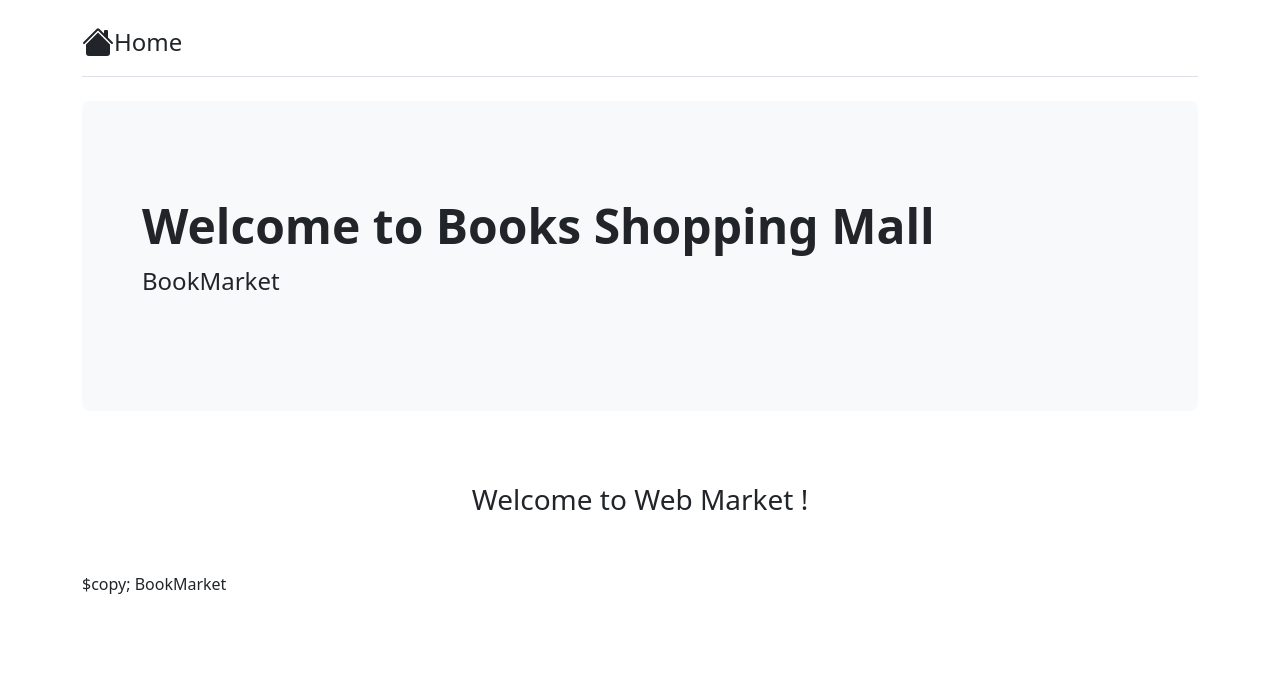
Repository: man332414/myJspStudy
Page: http://localhost/bookmarket/
The author's editor kept a copy of each file at every save. The page is drawn from the files as they stood at one save, then again after the next save.
The browser window is 1280 px wide. The pictures show the whole page.
The page is served by Tomcat 10.

Above is the page before, as saved 2024-10-08 02:39:46.

After the next save:
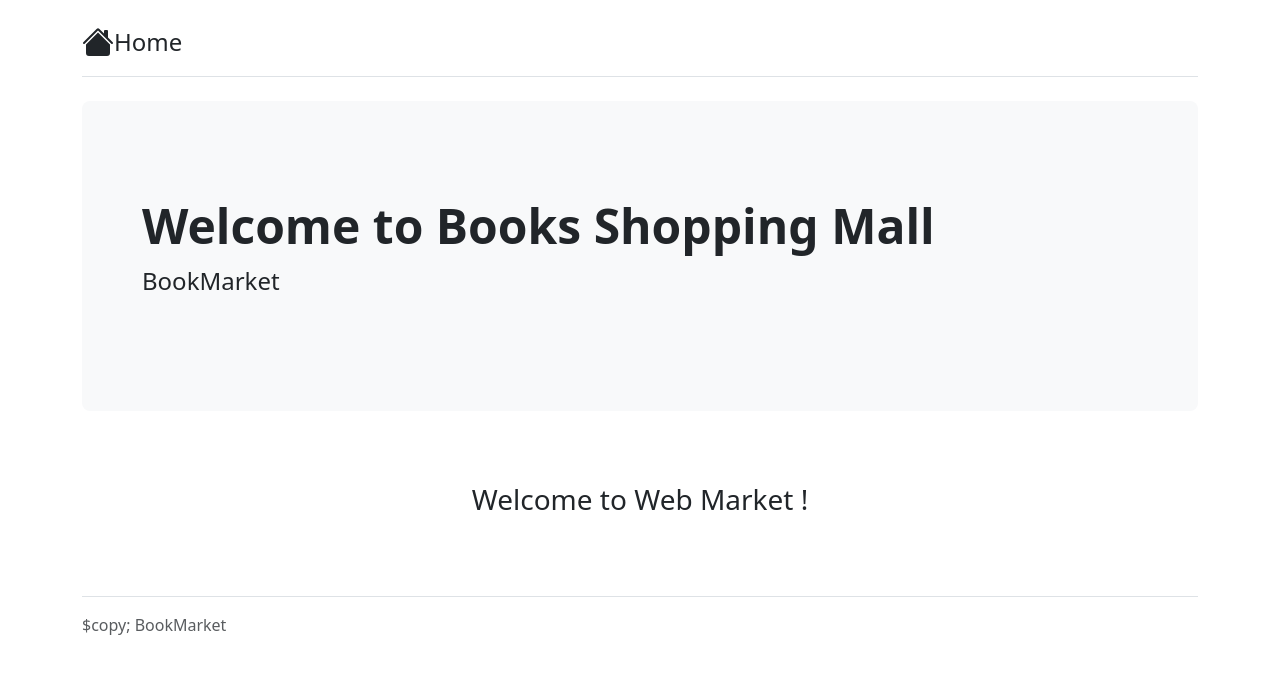
Saved 39 s later.
--- a/bookmarket/src/main/webapp/welcome.jsp
+++ b/bookmarket/src/main/webapp/welcome.jsp
@@ -37,7 +37,7 @@
 			</div>
 		</div>
 
-		<footer>
+		<footer class = "pt-3 mt-4 text-body-secondary border-top">
 			$copy; BookMarket
 		</footer>
 
